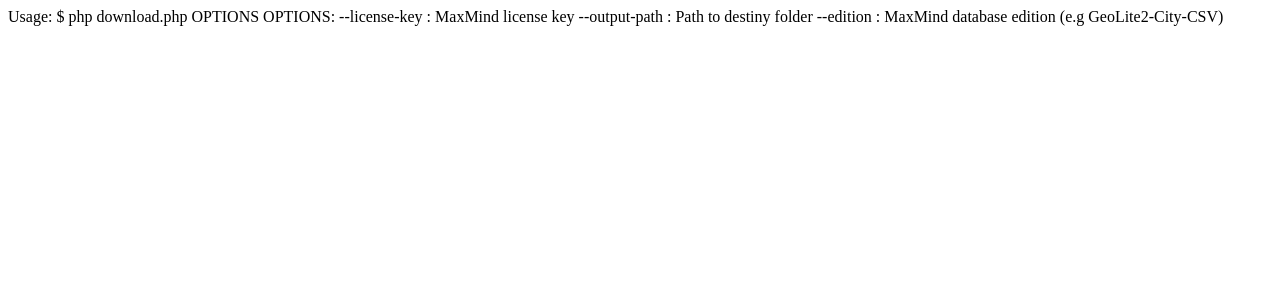
Repository: miguel-fresh/geoip-translation
Page: http://localhost/geoip2-update/download.php
These files come from the project's save history. The page is drawn as it stood at one moment and after the next save; the edit follows.
The browser window is 1280 px wide. The pictures show the whole page.
The page is run by PHP 8.4 with error messages shown; the project is at /var/www/html/.

Above is the page before, as saved 2022-03-25 12:53:32.

### geoip2-update/download.php
<?php


function displayUsage()
{
    echo "Usage:\n";
    echo "    $ php download.php OPTIONS\n";
    echo "OPTIONS:\n";
    echo "   --license-key  : MaxMind license key\n";
    echo "   --output-path  : Path to destiny folder\n";
    echo "   --edition      : MaxMind database edition (e.g GeoLite2-City-CSV)\n";
    return;
}

$short_options = '';

$long_options = array(
    'license-key:',
    'output-path:',
    'edition:',
    'help',
);

$options = getopt($short_options, $long_options);

if (isset($options['help'])) return displayUsage();
foreach (['license-key', 'output-path', 'edition'] as $long_option) {
    if (!isset($options[$long_option])) return displayUsage();
}




require 'vendor/autoload.php';
// $client = new \tronovav\GeoIP2Update\Client(array(
//     'license_key' =>
// ))

After the next save:
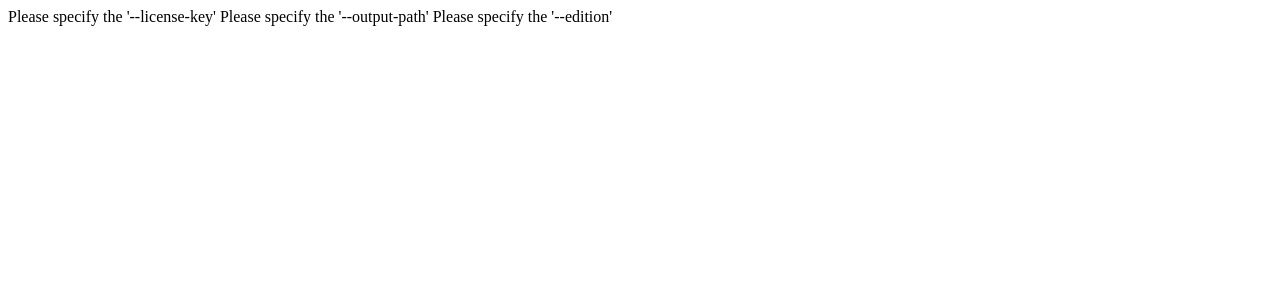
Saved 72 s later.
--- a/geoip2-update/download.php
+++ b/geoip2-update/download.php
@@ -25,7 +25,9 @@
 
 if (isset($options['help'])) return displayUsage();
 foreach (['license-key', 'output-path', 'edition'] as $long_option) {
-    if (!isset($options[$long_option])) return displayUsage();
+    if (!isset($options[$long_option])) {
+        echo "\nPlease specify the '--" . $long_option . "'\n";
+    }
 }
 
 
